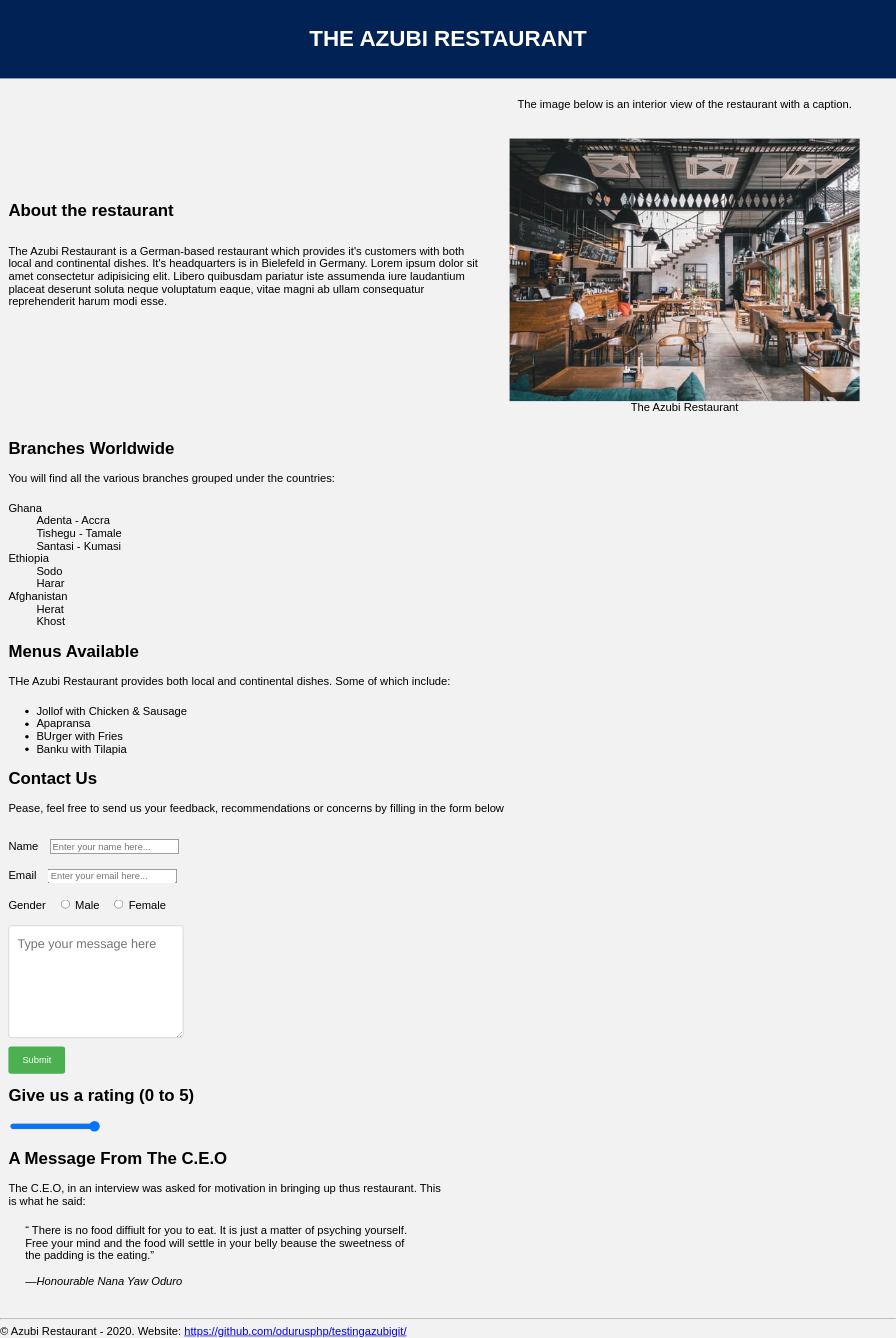
Repository: odurusphp/testingazubigit
Page: Fortune/FortunatusWulnye.html
An editor plug-in stored every save of this project. The page is shown before and after the next save, followed by the edit.
The browser window is 1280 px wide. The pictures show the whole page, at 70% of full size.

Above is the page before, as saved 2020-08-03 05:01:00.

### Fortune/FortunatusWulnye.html
<!--COMMENTS THAT ARE MINE ARE WRITTEN IN CAPITAL LETTERS-->
<!--THE GENERAL STRUCTURE OF THE PAGE IS GOOD WITH THE INDENTATION TOO-->
<!--THE CLASSES THAT YOU IMPLEMENTED TOO ARE GREAT KEEP IT UP-->
<!DOCTYPE html>
<html lang="en">

<head>

    <meta charset="UTF-8" />
    <meta name="viewport" content="width=device-width, initial-scale=1.0" />
    <title>The Azubi Restaurant</title>
    <meta name="descrition" content="A website for Azubi restaurant">
    <meta name="author" content="Fortunatus Aabangbio Wulnye">
    <link rel="stylesheet" href="css/style.css">

</head>

<body>

    <header class="main-header">
        <div class="brand">
            <h1 class="site-title"><a href="#">THE AZUBI RESTAURANT</a></h1>
        </div>
    </header>

    <main class="main-container">
        <section class="about-main">

            <aside class="about-text">
                <h2>About the restaurant</h2>
                <p>
                    The Azubi Restaurant is a German-based restaurant which provides
                    it's customers with both <br />
                    local and continental dishes. It's headquarters is in Bielefeld in
                    Germany. Lorem ipsum dolor sit amet consectetur adipisicing elit. Libero quibusdam pariatur iste
                    assumenda iure laudantium placeat deserunt soluta neque voluptatum eaque, vitae magni ab ullam
                    consequatur reprehenderit harum modi esse.
                </p>
            </aside>

            <div class="about-fig">
                <p>The image below is an interior view of the restaurant with a caption.</p>
                <figure>
                    <img src="images/FortununatusWulnyeRestaurant.jpg" alt="Azubi Restaurant" />
                    <figcaption>The Azubi Restaurant</figcaption>
                </figure>
            </div>

        </section>

        <section class="main-branches">
            <div class="branches-header">
                <h2>Branches Worldwide</h2>
            </div>

            <div class="branches">
                <p>You will find all the various branches grouped under the countries:</p>
                <dl>
                    <dt class="country">Ghana</dt>
                    <div class="location">
                        <dd>Adenta - Accra</dd>
                        <dd>Tishegu - Tamale</dd>
                        <dd>Santasi - Kumasi</dd>
                    </div>

                    <dt class="country">Ethiopia</dt>
                    <div class="location">
                        <dd>Sodo</dd>
                        <dd>Harar</dd>
                    </div>

                    <dt class="country">Afghanistan</dt>
                    <div class="location">
                        <dd>Herat</dd>
                        <dd>Khost</dd>
                    </div>
                </dl>
            </div>

        </section>

        <section class="menus">
            <h2>Menus Available</h2>
            <p>THe Azubi Restaurant provides both local and continental dishes. Some of which include:</p>
            <ul>
                <li>Jollof with Chicken & Sausage</li>
                <li>Apapransa</li>
                <li>BUrger with Fries</li>
                <li>Banku with Tilapia</li>
            </ul>
        </section>

        <div class="Contact">
            <h2>Contact Us</h2>
            <p>Pease, feel free to send us your feedback, recommendations or concerns by filling in the form below</p>
            <form action="" method="POST">
                <label for="fname">Name</label>
                <input type="text" name="fname" placeholder="Enter your name here..." required> <br>

                <label for="email">Email</label>
                <input type="text" name="email" placeholder="Enter your email here..." required> <br>

                <label for="gender">Gender</label>
                <input type="radio" id="male" value="male">
                <label for="gender">Male</label>
                <input type="radio" id="female" value="female">
                <label for="gender">Female</label> <br>

                <textarea name="message" id="" cols="20" rows="5" placeholder="Type your message here"></textarea>
                <br />

                <input type="submit" value="Submit" />
            </form>
            <br>

        </div>
        <br>

        <div class="rating">
            <h2>Give us a rating (0 to 5)</h2>
            <div class="slider">
                <input type="range" min="0" max="5" value="50">
            </div>
        </div>

        <div class="ceomessage">
            <h2>A Message From The C.E.O</h2>
            <P>The C.E.O, in an interview was asked for motivation in bringing up thus restaurant. This<br> is what he
                said:
            <blockquote> <q> There is no food diffiult for you to eat. It is just a matter of psyching yourself.<br>
                    Free your mind and the food
                    will settle in your belly beause the sweetness of <br> the padding is the eating.</q><br> <br>
                &mdash;<cite>Honourable Nana Yaw Oduro</cite>
            </blockquote>
            </P>
        </div>

    </main>
    <hr />

    <footer>
        &copy; Azubi Restaurant - 2020. Website: <a
            href="https://github.com/odurusphp/testingazubigit/">https://github.com/odurusphp/testingazubigit/</a>
    </footer>

</body>

</html>

### Fortune/css/style.css
html {
  font-family: sans-serif;
  -webkit-text-size-adjust: 100%;
  -ms-text-size-adjust: 100%;
  justify-content: center;
  align-items: middle;
}
body {
  margin: 0;
  background-color: hsl(0, 0%, 95%);
}

/*--------------------------------------------------------------
Header styles
--------------------------------------------------------------*/

.main-header {
  padding: 1em 0;
  background-color: #002254;
}

.brand {
  /* padding: 70px 0; */
  text-align: center;
  border: "0.5rem solid pink";
}
.site-title a {
  text-decoration: none;
  color: #fff;
}

.about-main {
  display: flex;
}

.about-text {
  display: flex;
  flex-direction: column;
  justify-content: center;
}

.about-fig {
  display: flex;
  flex-direction: column;
  justify-content: center;
  text-align: center;
}

.main-container {
  border-radius: 2px;
  padding: 12px;
}

aside,
figcaption,
figure,
footer,
header,
main,
nav,
section {
  display: block;
}

a:active,
a:hover {
  outline: 0;
}

b,
strong {
  font-weight: bold;
}

p {
  margin-bottom: 1.5em;
}

h1 {
  font-size: 2em;
  margin: 0.67em 0;
}

img {
  display: block;
  border: 0;
  width: auto;
  height: auto;
}

label {
  padding: 12px 12px 12px 0;
  display: inline-block;
}

input [type="text"],
select,
textarea {
  color: inherit;
  font: inherit;
  margin: 0;
  padding: 12px;
  border: 1px solid #ccc;
  border-radius: 4px;
  resize: vertical;
  margin: 8px 0;
  font-family: "Source Sans Pro", "Helvetica", Arial, sans-serif;
  font-size: 18px;
  line-height: 1.5;
}

input[type="submit"] {
  background-color: #4caf50;
  color: white;
  padding: 12px 20px;
  border: none;
  border-radius: 4px;
  cursor: pointer;
  float: left;
}

select {
  text-transform: none;
}

textarea {
  overflow: auto;
}

input::-moz-focus-inner {
  border: 0;
  padding: 0;
}

input {
  line-height: normal;
}

input[type="radio"] {
  box-sizing: border-box;
  padding: 0;
}

blockquote {
  margin: 0 1.5em;
}

After the next save:
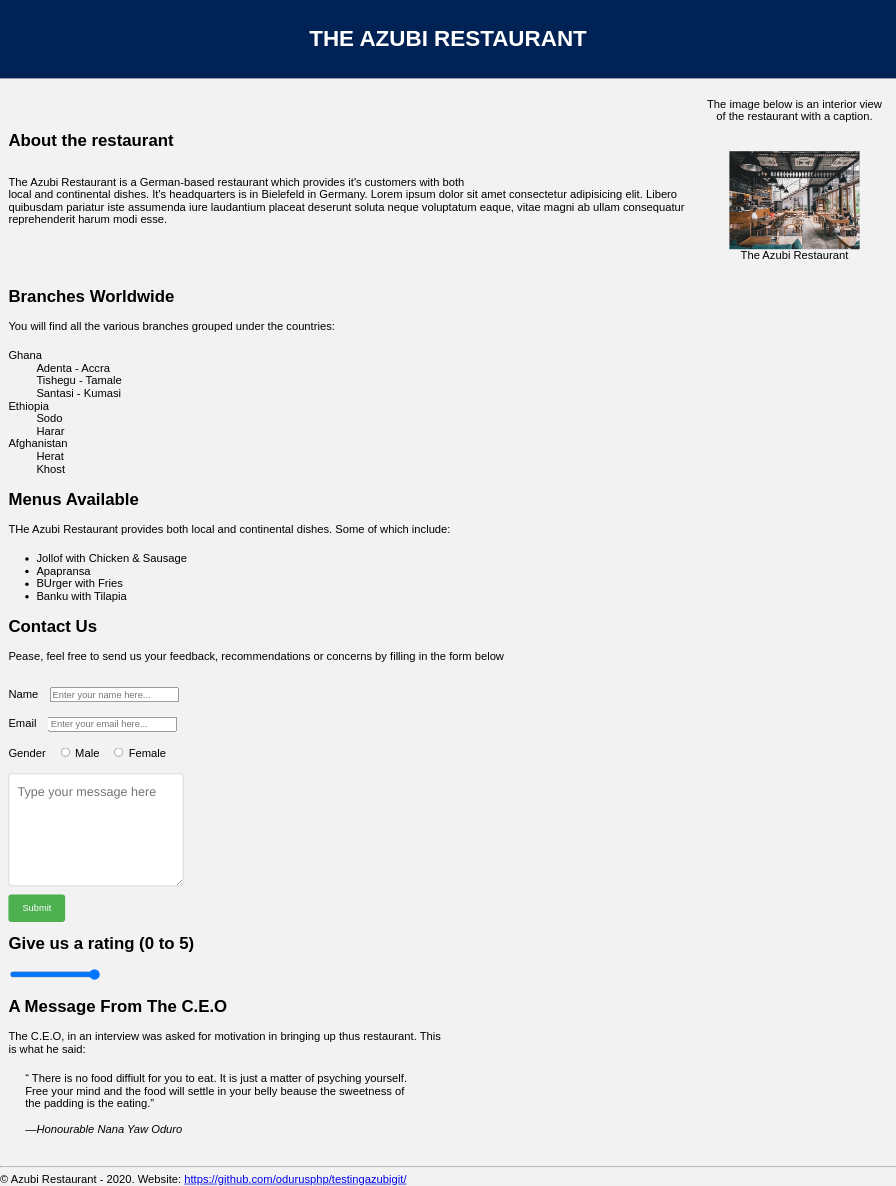
Saved 29 s later.
--- a/Fortune/css/style.css
+++ b/Fortune/css/style.css
@@ -86,6 +86,7 @@
   border: 0;
   width: auto;
   height: auto;
+  max-width: 100%;
 }
 
 label {

After the save that followed:
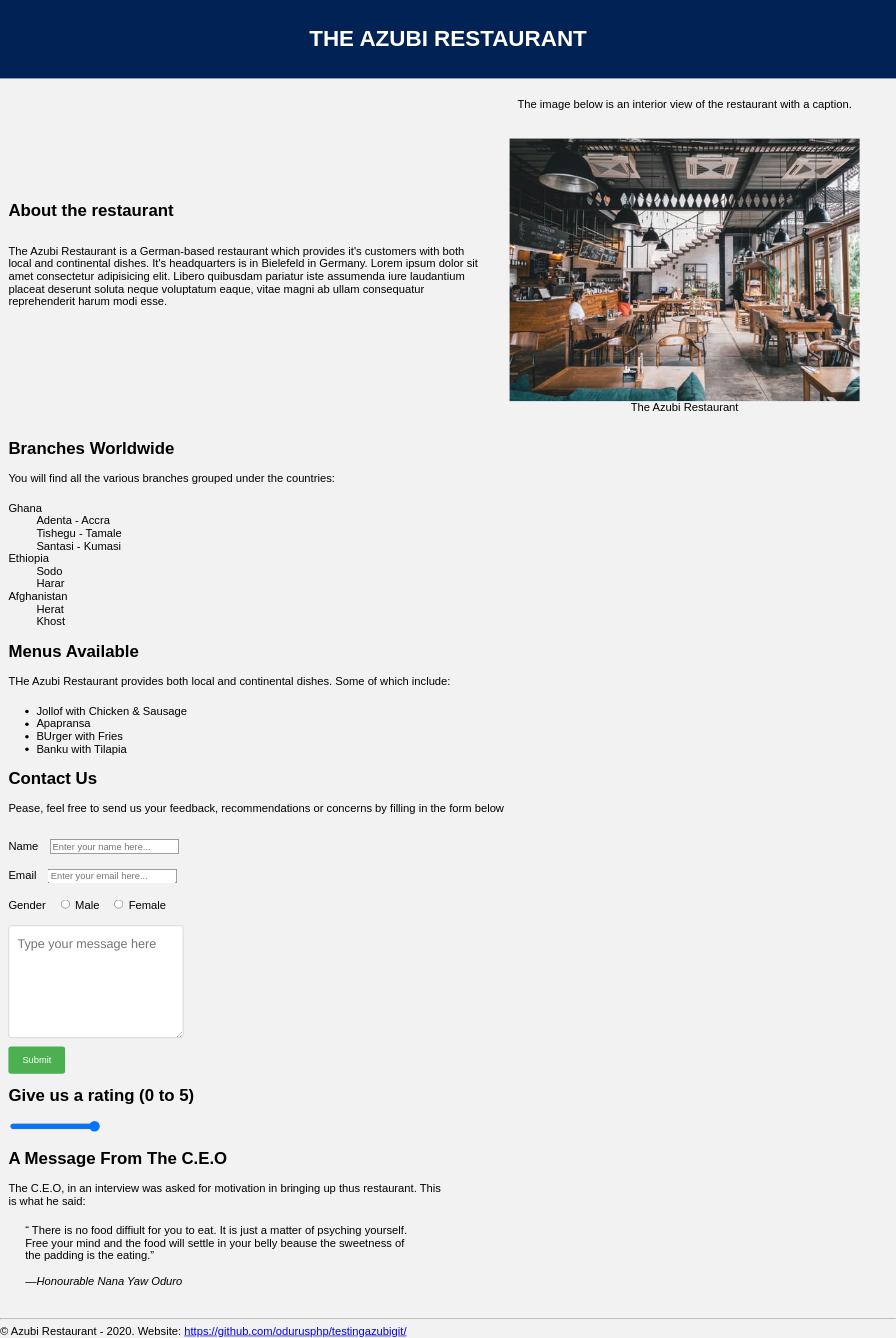
Saved 45 s later.
--- a/Fortune/css/style.css
+++ b/Fortune/css/style.css
@@ -46,6 +46,7 @@
   text-align: center;
 }
 
+
 .main-container {
   border-radius: 2px;
   padding: 12px;
@@ -86,7 +87,6 @@
   border: 0;
   width: auto;
   height: auto;
-  max-width: 100%;
 }
 
 label {
